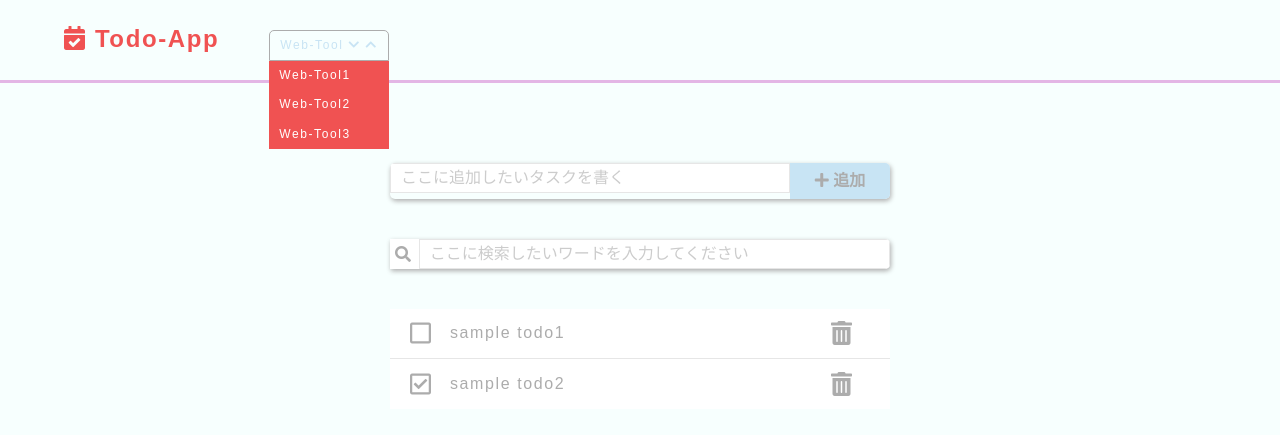
Repository: Hiroshii-m/todo_vue
Page: index.html
An editor plug-in stored every save of this project. The page is shown before and after the next save, followed by the edit.
The browser window is 1280 px wide. The pictures show the whole page.
The style sheet was rebuilt from its Sass, Less or Tailwind sources for each picture, by a compiler version that may differ from the author's.

Above is the page before, as saved 2021-06-26 21:07:46.

After the next save:
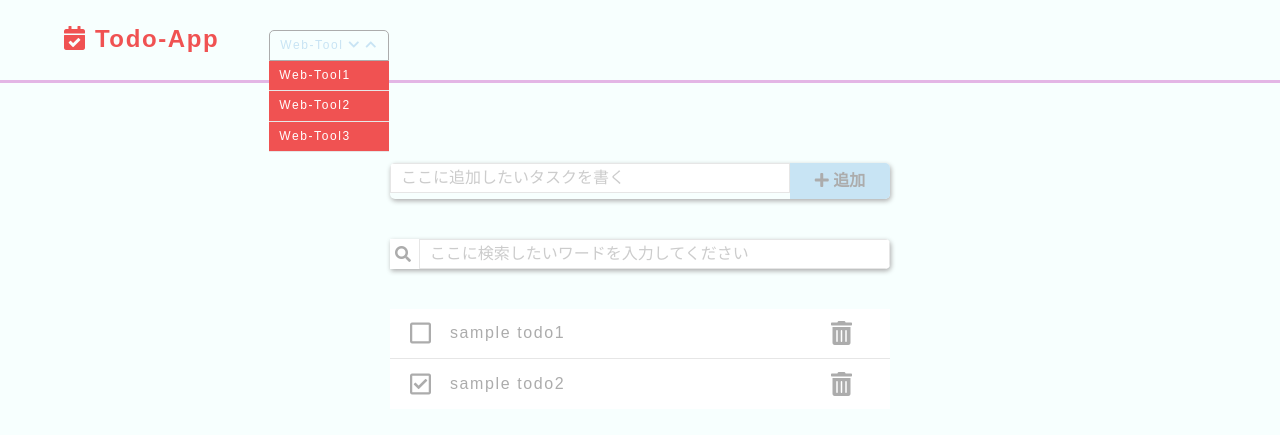
Saved 64 s later.
--- a/src/scss/style.scss
+++ b/src/scss/style.scss
@@ -61,6 +61,7 @@
         color: #fff;
         background: var(--color_red);
         padding: var(--space_s) var(--space_m);
+        border-bottom: 1px solid var(--border-color_default);
         &:hover {
             background: var(--color_pale);
         }
